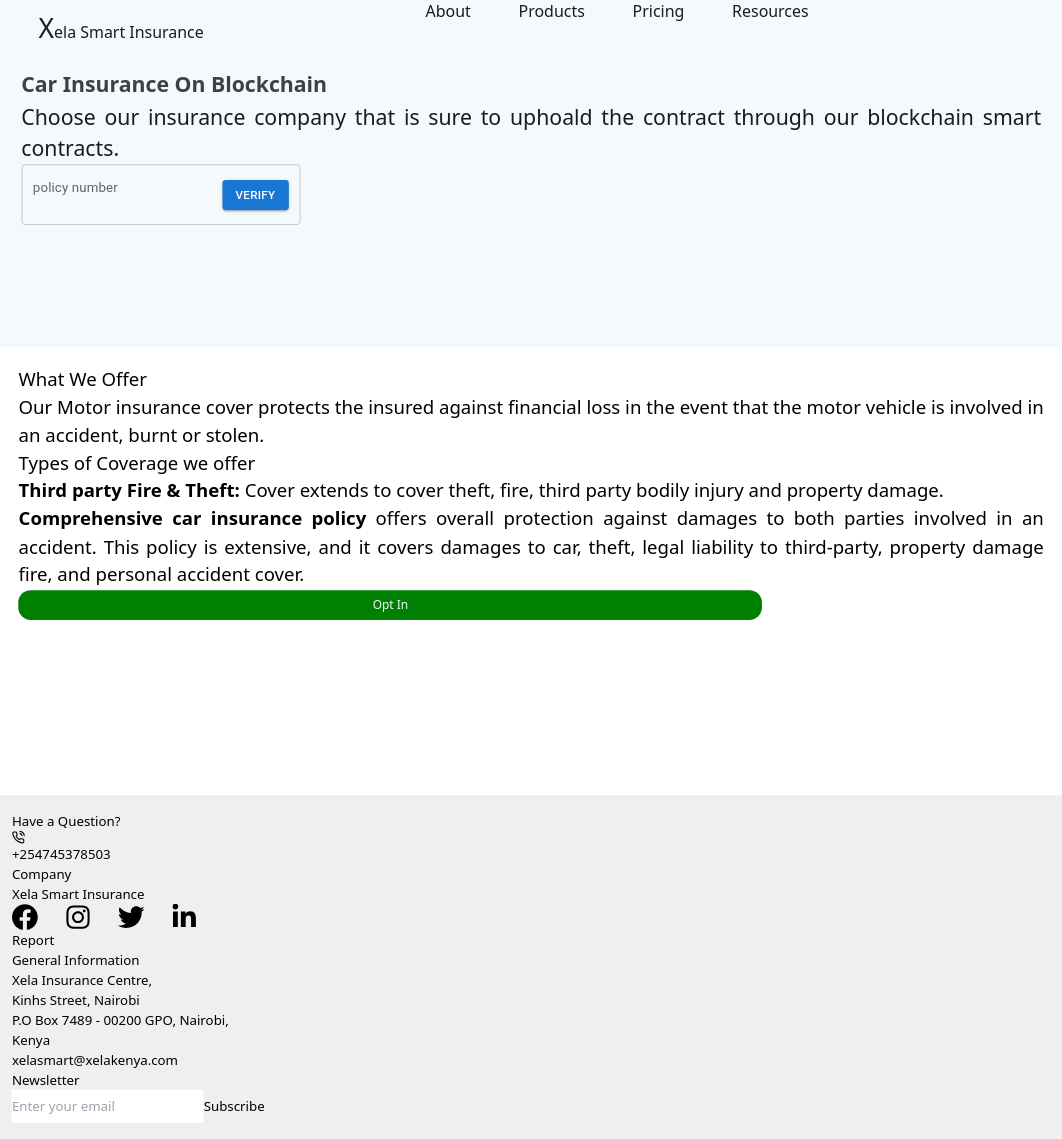
Repository: ALVIN-OBONYO/Xela-smart_insuarance
Page: / (app in frontend/)
These files come from the project's save history. The page is drawn as it stood at one moment and after the next save; the edit follows.
The browser window is 1280 px wide. The pictures show the whole page, at 83% of full size.
The project was rebuilt for these pictures with package versions that can differ from the ones it lists, and the page was loaded fresh each time. Also part of the build but not shown: frontend/src/Components/Cards.jsx, frontend/src/Pages/Policies.jsx, frontend/src/Components/Calendar.css, frontend/src/Components/Calendar.jsx, frontend/src/Components/Input.js, frontend/src/Components/Upload.js, frontend/src/Pages/ReportForm.jsx, frontend/src/Pages/Report.jsx and 2 more.

Above is the page before, as saved 2022-10-03 08:05:07.

After the next save:
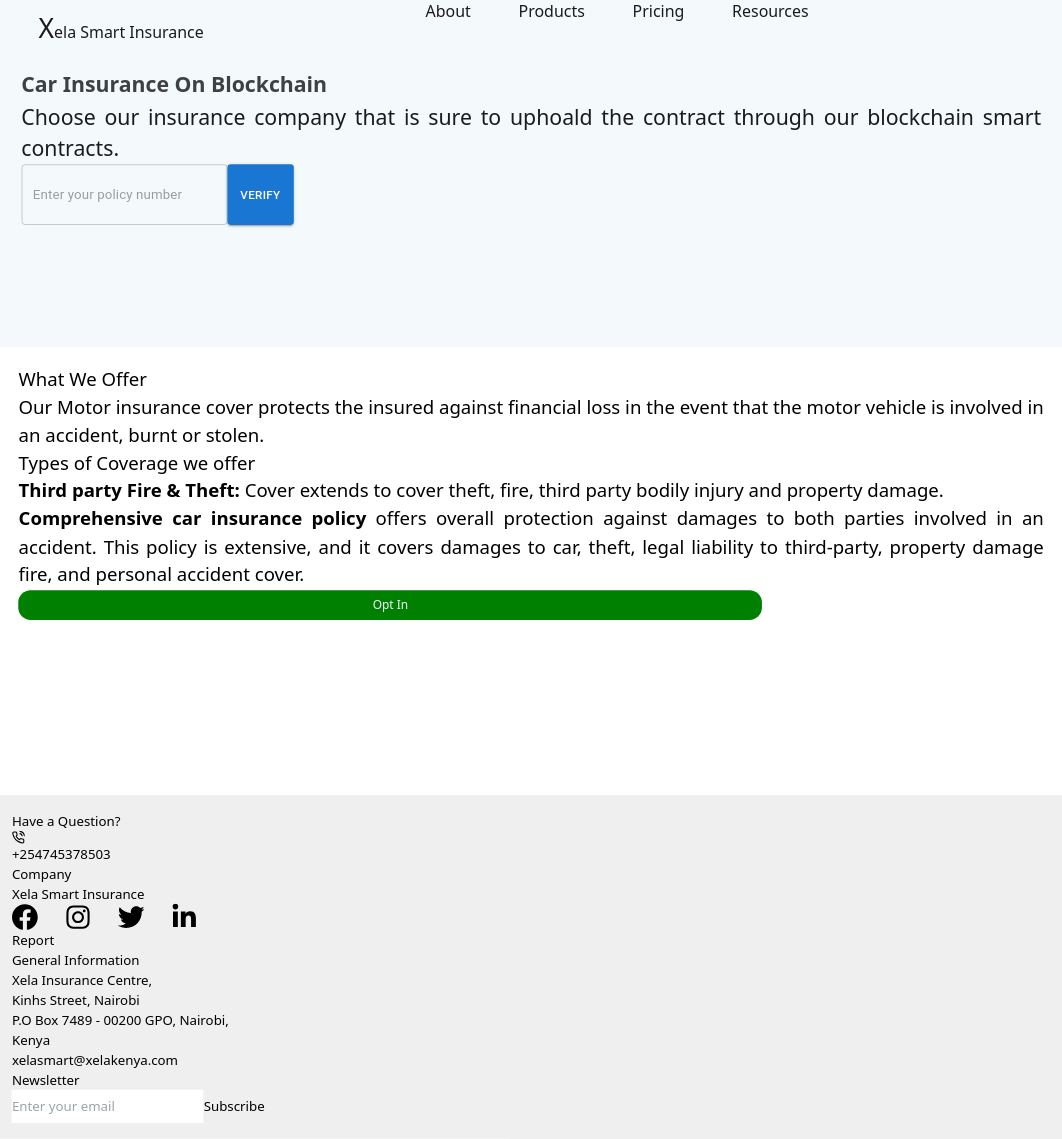
Saved 25 min 35 s later.
--- a/frontend/src/Pages/Entrypage.jsx
+++ b/frontend/src/Pages/Entrypage.jsx
@@ -9,7 +9,7 @@ import Web3 from 'web3'
 import { getContractSymbol } from '../Services/Contract'
 import TextField from '@mui/material/TextField'
 import Button from "@mui/material/Button"
-import  InputAdornment from '@mui/material/InputAdornment'
+import FormGroup from "@mui/material/FormGroup"
 const Entrypage = () => {
         const [navButton, setNavButton] = useState(false)
         const [policy, setPolicy] = useState("")
@@ -75,16 +75,12 @@ const Entrypage = () => {
             <h1 id="top-h3">Car Insurance On Blockchain</h1>
             <p id="top-pg">Choose our insurance company that is sure to uphoald the contract through our blockchain smart contracts.</p>
             <div id="policy-sec">
+                <FormGroup row>
                <TextField
                 id="outlined-size-small"
-                label="policy number"
-                placeholder='Enter your policy number' InputProps={{
-                    endAdornment: (
-                        <InputAdornment position="end">
-                        <Button edge="end" variant="contained">Verify</Button>
-                        </InputAdornment>
-                    ),
-                    }}/>
+                placeholder='Enter your policy number' />
+                <Button variant="contained">Verify</Button>
+                    </FormGroup>
 
             {/* <button id="btn-policy" onClick={loginWithEth}>Login & Save ETH Address
                 </button>
